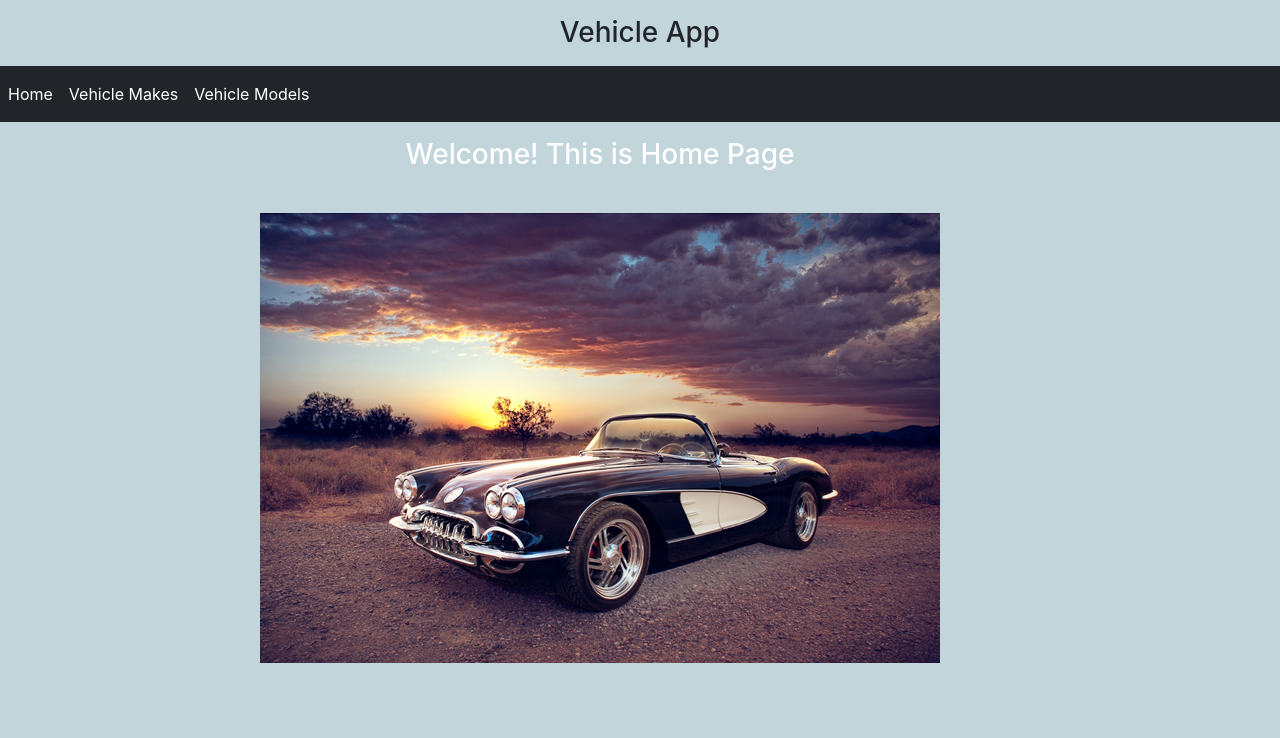
Repository: magdalenarajic/VehicleFrontend
Page: /
These files come from the project's save history. The page is drawn as it stood at one moment and after the next save; the edit follows.
The browser window is 1280 px wide. The pictures show the whole page.
The project was rebuilt for these pictures with package versions that can differ from the ones it lists, and the page was loaded fresh each time. Also part of the build but not shown: src/App.css, src/services/makeService.js, src/stores/makeStore.js, src/components/VehicleMake.js, src/services/modelService.js, src/stores/modelStore.js, src/components/VehicleModel.js.

Above is the page before, as saved 2023-03-10 12:03:49.

After the next save:
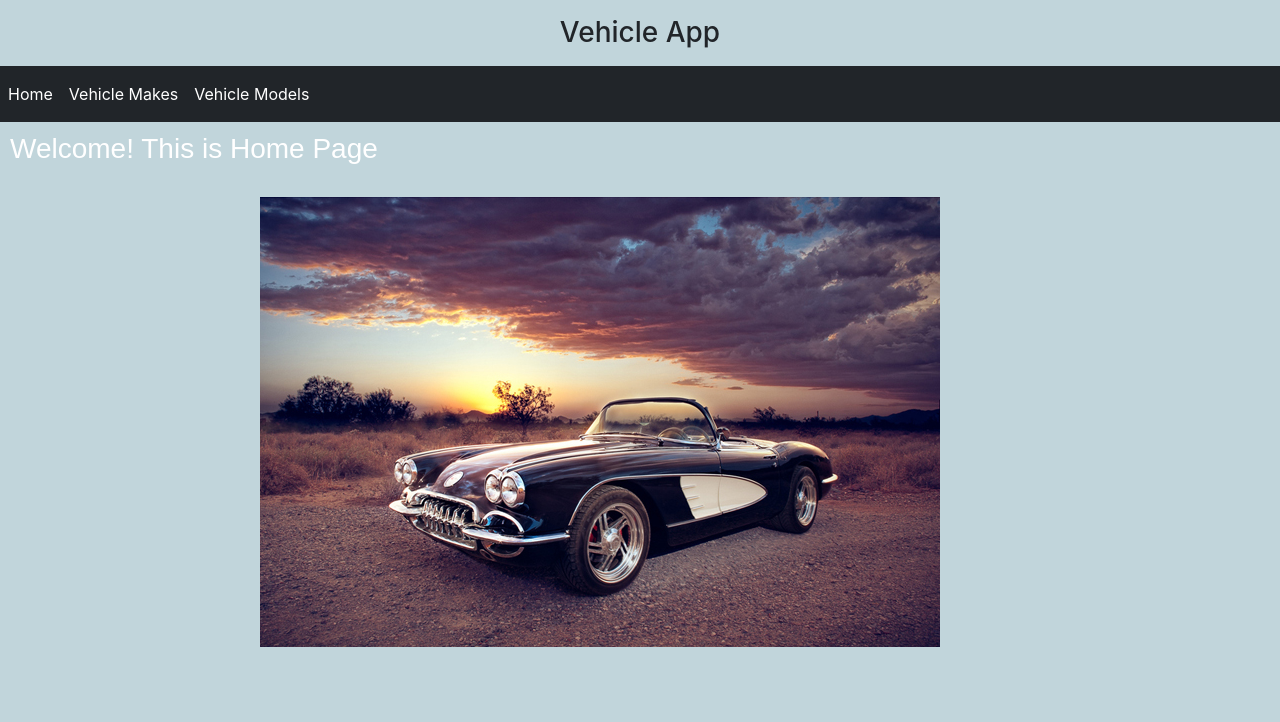
Saved 3 min 37 s later.
--- a/src/components/Home.js
+++ b/src/components/Home.js
@@ -5,12 +5,17 @@ import { Container } from 'react-bootstrap';
 export class Home extends Component{
 
     render(){
+      const mystyle = {
+        color: "white",
+        padding: "10px",
+        fontFamily: "Arial"
+      };
           return(
             <div style={{ backgroundImage:`url(${image})` ,
              backgroundRepeat:"no-repeat",
              backgroundPosition: "center",
             height:600,width:1200}}>
-                <h3 className="m-3 d-flex justify-content-center" style={{color: 'white'}}>
+                <h3 style={mystyle}>
         Welcome!
         This is Home Page
       </h3>
